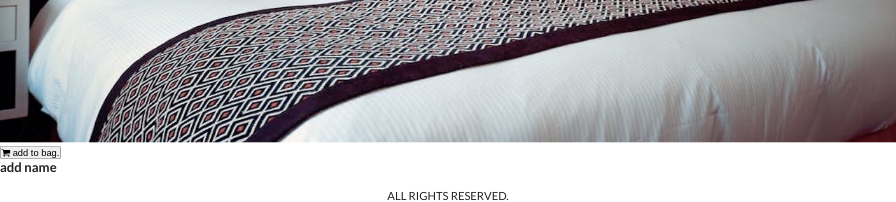
Repository: CHIR4G7/PEC-D
Page: public/index.html
These files come from the project's save history. The page is drawn as it stood at one moment and after the next save; the edit follows.
The browser window is 1280 px wide. The pictures show the part of the page from y = 605 to 2525 px (the page is 894 px tall before and 3192 px after), at 70% of full size.

Above is the page before, as saved 2023-07-08 01:01:10.

### public/index.html
<!DOCTYPE html>
<html lang="en">

<head>
    <meta charset="UTF-8">
    <meta http-equiv="X-UA-Compatible" content="IE=edge">
    <meta name="viewport" content="width=device-width, initial-scale=1.0">
    <title>PEC-D</title>
    <link rel="stylesheet" href="https://cdnjs.cloudflare.com/ajax/libs/font-awesome/4.7.0/css/font-awesome.min.css">
    <link rel="stylesheet" href="css/style.css">
</head>

<body>
    <!-- navabr -->
    <nav class="navbar">
        <div class="navbar-center">
            <span class="nav-icon">
                <i class="fa fa-bars"></i>
            </span>
            <!-- <img src="/images/logo.svg" alt="logo" class="sr"> -->
            <h3 class="logo-name">PEC-D</h3>
            <div class="cart-btn">
                <span class="nav-icon">
                    <i class="fa fa-cart-plus"></i>
                </span>
                <div class="cart-items">0</div>
            </div>
        </div>
    </nav>
    <!-- end of navbar -->

    <!-- hero -->
    <!-- <header class="hero">
        <div class="banner">
            <h1 class="banner-title">FURNITURE COLLECTION</h1>
            <button class="banner-btn">SHOW NOW</button>
        </div>
    </header> -->
    <!-- end of hero -->

    <!-- products -->
    <div class="products">
         <div class="section-title">
            <h2>OUR PRODUCTS</h2>
        </div>
        <div class="body1">
            <div class="content">
                <ul class="content-inner">
                    <li class="card">
                        <article class="product">
                            <div class="img-container">
                                <img src="/images/product-1.jpeg" alt="product" class="product-img">
                                <button class="bag-btn" data-id="1">
                                    <i class="fa fa-shopping-cart"></i>
                                    add to bag.
                                </button>
                            </div>
                            <h3>add name</h3>

                        </article>
                    </li>
                </ul>
            </div>
        </div>
        <div class="products-center">
            <!-- single product -->

            <!-- PRODCUT DETIALS -->
            <!-- <article class="product">
                <div class="img-container">
                    <img src="/images/product-1.jpeg" alt="product" class="product-img">
                    <button class="bag-btn" data-id="1">
                        <i class="fa fa-shopping-cart"></i>
                        add to bag.
                    </button>
                </div>
                <h3>add name</h3>

            </article> -->
            <!-- THIS IS END OF PRODUCT DETIALS -->

            <!-- PRODCUT DETIALS -->
            <!-- <article class="product">
                <div class="img-container">
                    <img src="/images/product-8.jpeg" alt="product" class="product-img">
                    <button class="bag-btn" data-id="1">
                        <i class="fa fa-shopping-cart"></i>
                        add to bag.
                    </button>
                </div>
                <h3>TABLE</h3>
                <h4>$11.99</h4>
            </article> -->
            <!-- THIS IS END OF PRODUCT DETIALS -->

            <!-- PRODCUT DETIALS -->
            <!-- <article class="product">
                <div class="img-container">
                    <img src="/images/product-7.jpeg" alt="product" class="product-img">
                    <button class="bag-btn" data-id="1">
                        <i class="fa fa-shopping-cart"></i>
                        add to bag.
                    </button>
                </div>
                <h3>COUCH</h3>
                <h4>$42.99</h4>
            </article> -->
            <!-- THIS IS END OF PRODUCT DETIALS -->

            <!-- PRODCUT DETIALS -->
            <!-- <article class="product">
                <div class="img-container">
                    <img src="/images/product-2.jpeg" alt="product" class="product-img">
                    <button class="bag-btn" data-id="1">
                        <i class="fa fa-shopping-cart"></i>
                        add to bag.
                    </button>
                </div>
                <h3>KING PANEL BED</h3>
                <h4>$12.99</h4>
            </article> -->
            <!-- THIS IS END OF PRODUCT DETIALS -->

            <!-- PRODCUT DETIALS -->
            <!-- <article class="product">
                <div class="img-container">
                    <img src="/images/product-5.jpeg" alt="product" class="product-img">
                    <button class="bag-btn" data-id="1">
                        <i class="fa fa-shopping-cart"></i>
                        add to bag.
                    </button>
                </div>
                <h3>FRIDGE</h3>
                <h4>$34.99</h4>
            </article> -->
            <!-- THIS IS END OF PRODUCT DETIALS -->

            <!-- PRODCUT DETIALS -->
            <!-- <article class="product">
                <div class="img-container">
                    <img src="/images/product-6.jpeg" alt="product" class="product-img">
                    <button class="bag-btn" data-id="1">
                        <i class="fa fa-shopping-cart"></i>
                        add to bag.
                    </button>
                </div>
                <h3>DRESSER</h3>
                <h4>$22.99</h4>
            </article> -->
            <!-- THIS IS END OF PRODUCT DETIALS -->

            <!-- PRODCUT DETIALS -->
            <!-- <article class="product">
                <div class="img-container">
                    <img src="/images/product-3.jpeg" alt="product" class="product-img">
                    <button class="bag-btn" data-id="1">
                        <i class="fa fa-shopping-cart"></i>
                        add to bag.
                    </button>
                </div>
                <h3>TWIN PANEL BED</h3>
                <h4>$17.99</h4>
            </article> -->
            <!-- THIS IS END OF PRODUCT DETIALS -->

            <!-- PRODCUT DETIALS -->
            <!-- <article class="product">
                <div class="img-container">
                    <img src="/images/product-4.jpeg" alt="product" class="product-img">
                    <button class="bag-btn" data-id="1">
                        <i class="fa fa-shopping-cart"></i>
                        add to bag.
                    </button>
                </div>
                <h3>SINGLE PANEL BED</h3>
                <h4>$23.99</h4>
            </article> -->
            <!-- THIS IS END OF PRODUCT DETIALS -->
        </div>
    </div>
    <!-- end of products -->




    <!-- CART BEGINS -->
    <div class="cart-overlay">
        <div class="cart">
            <span class="close-cart">
                <i class="fa fa-window-close"></i>
            </span>
            <h2>YOUR CART</h2>
            <div class="cart-content">
                <!-- cart item -->
                <div class="cart-item">
                    <!-- <img src="/images/product-1.jpeg" alt="product">
                    <div>
                        <h4>QUEEN BED</h4>
                        <h5>$9.00</h5>
                        <span class="remove-item">Remove</span>
                    </div>
                    <div>
                        <i class="fa fa-chevron-up"></i>
                        <p class="item-amount">0</p>
                        <i class="fa fa-chevron-down"></i>
                    </div> -->
                </div>
                <!-- end of cart item -->

            </div>

            <div class="cart-footer">
                <h3>YOUR TOTAL : $ <span class="cart-total"></span></h3>
                <button class="clear-cart banner-btn">CLEAR CART</button>
            </div>

        </div>
    </div>
    <!-- CART ENDS -->
    <!-- FOOOTER -->
    <div class="footer">
        ALL RIGHTS RESERVED.
    </div>
    <!-- END OF THE FOOTER -->

    <!-- <script src="src/script.js"></script> -->
</body>

</html>

### public/css/style.css
@import url("https://fonts.googleapis.com/css?family=Lato:400,700");


/* creating variables */
:root {
    --primaryColor: #f09d51;
    --mainWhite: #fff;
    --mainBlack: #222;
    --mainGrey: #ececec;
    --mainSpacing: 0.1rem;
    --mainTransition: all 0.3s linear;
}

/* resetting elements */
* {
    margin: 0;
    padding: 0;
    box-sizing: border-box;
}


body {
    color: var(--mainBlack);
    background: var(--mainWhite);
    font-family: "Lato", sans-serif;
}


/* navbar */
.navbar {
    position: sticky;
    top: 0;
    height: 60px;
    width: 100%;
    display: flex;
    align-items: center;
    background: #f2e6ff;
    z-index: 1;
}

.logo-name
{
    color: black;
}

.navbar-center {
    width: 100%;
    max-width: 1170px;
    margin: 0 auto;
    display: flex;
    align-items: center;
    justify-content: space-between;
    padding: 0 1.5rem;
}

.nav-icon {
    font-size: 1.5rem;
}

.cart-btn {
    position: relative;
    cursor: pointer;
}

.cart-items {
    position: absolute;
    top: -8px;
    right: -8px;
    background: var(--primaryColor);
    padding: 0 5px;
    border-radius: 30%;
    color: var(--mainWhite);
}

/* hero */
.hero {
    min-height: calc(100vh - 60px);
    background: url("./images/bg-3.jpg") center/cover no-repeat;
    display: flex;
    align-items: center;
    justify-content: center;
  }
  .banner {
    text-align: center;
    background: #f2e6ff;
    display: inline-block;
    padding: 2rem;
  }
  .banner-title {
    font-size: 3.4rem;
    text-transform: uppercase;
    letter-spacing: var(--mainSpacing);
    margin-bottom: 3rem;
  }
  .banner-btn {
    padding: 1rem 3rem;
    text-transform: uppercase;
    letter-spacing: var(--mainSpacing);
    font-size: 1rem;
    background: #9999FF;
    color: var(--mainBlack);
    border: 1px solid var(--primaryColor);
    transition: var(--mainTransition);
    cursor: pointer;
  }
  .banner-btn:hover {
    background: transparent;
    color: var(--primaryColor);
  }


  /* products */
  /* .products {
    padding: 4rem 0;
    border: 2px solid red;
  }
  .section-title h2 {
    text-align: center;
    font-size: 2.5rem;
    margin-bottom: 5rem;
    text-transform: capitalize;
    letter-spacing: var(--mainSpacing);
  }
  .products-center {
    width: 90vw;
    margin: 0 auto;
    max-width: 1170px;
    display: grid;
    grid-template-columns: repeat(auto-fit, minmax(260px, 1fr));
    grid-column-gap: 1.5rem;
    grid-row-gap: 2rem;
  }
  .img-container {
    position: relative;
    overflow: hidden;
  }
  .bag-btn {
    position: absolute;
    top: 70%;
    right: 0;
    background: var(--primaryColor);
    border: none;
    text-transform: uppercase;
    padding: 0.5rem 0.75rem;
    letter-spacing: var(--mainSpacing);
    font-weight: bold;
    transition: var(--mainTransition);
    transform: translateX(101%);
    cursor: pointer;
  }
  .bag-btn:hover {
    color: var(--mainWhite);
  }
  .fa-shopping-cart {
    margin-right: 0.5rem;
  }
  .img-container:hover .bag-btn {
    transform: translateX(0);
  }
  .product-img {
    display: block;
    width: 100%;
    min-height: 12rem;
    transition: var(--mainTransition);
  }
  .img-container:hover .product-img {
    opacity: 0.5;
  }

  .product
  {
    border: 2px solid blue;
  }

  .product h3 {
    text-transform: capitalize;
    font-size: 1.1rem;
    margin-top: 1rem;
    letter-spacing: var(--mainSpacing);
    text-align: center;
  }

  .product h4 {
    margin-top: 0.7rem;
    letter-spacing: var(--mainSpacing);
    color: var(--primaryColor);
    text-align: center;
  }
   */

  /* cart */
  .cart-overlay {
    position: fixed;
    top: 0;
    right: 0;
    width: 100%;
    height: 100%;
    transition: var(--mainTransition);
    background: rgb(240, 157, 81, 0.5);
    z-index: 2;
    visibility: hidden;
  }
  .cart {
    position: fixed;
    top: 0;
    right: 0;
    width: 100%;
    height: 100%;
    overflow: scroll;
    z-index: 3;
    background: rgb(231, 226, 221);
    padding: 1.5rem;
    transition: var(--mainTransition);
    transform: translateX(100%);
  }
  .showCart {
    transform: translateX(0);
  }
  .transparentBcg {
    visibility: visible;
  }
  @media screen and (min-width: 768px) {
    .cart {
      width: 30vw;
      min-width: 450px;
    }
  }

  .close-cart {
    font-size: 1.7rem;
    cursor: pointer;
  }
  .cart h2 {
    text-transform: capitalize;
    text-align: center;
    letter-spacing: var(--mainSpacing);
    margin-bottom: 2rem;
  }
  /*---------- Cart Item -------------------- */
  .cart-item {
    display: grid;
    align-items: center;
    grid-template-columns: auto 1fr auto;
    grid-column-gap: 1.5rem;
    margin: 1.5rem 0;
  }
  .cart-item img {
    width: 75px;
    height: 75px;
  }
  .cart-item h4 {
    font-size: 0.85rem;
    text-transform: capitalize;
    letter-spacing: var(--mainSpacing);
  }
  .cart-item h5 {
    margin: 0.5rem 0;
    letter-spacing: var(--mainSpacing);
  }
  .item-amount {
    text-align: center;
  }
  .remove-item {
    color: black;
    cursor: pointer;
  }
  .fa-chevron-up,
  .fa-chevron-down {
    color: var(--primaryColor);
    cursor: pointer;
  }
  /*---------- End of Cart Item -------------------- */

  .cart-footer {
    margin-top: 2rem;
    letter-spacing: var(--mainSpacing);
    text-align: center;
  }
  .cart-footer h3 {
    text-transform: capitalize;
    margin-bottom: 1rem;
  }


  /* FOOTER */
  .footer
  {
    position: relative;
    text-align: center;
    top: 20px;
  }

After the next save:
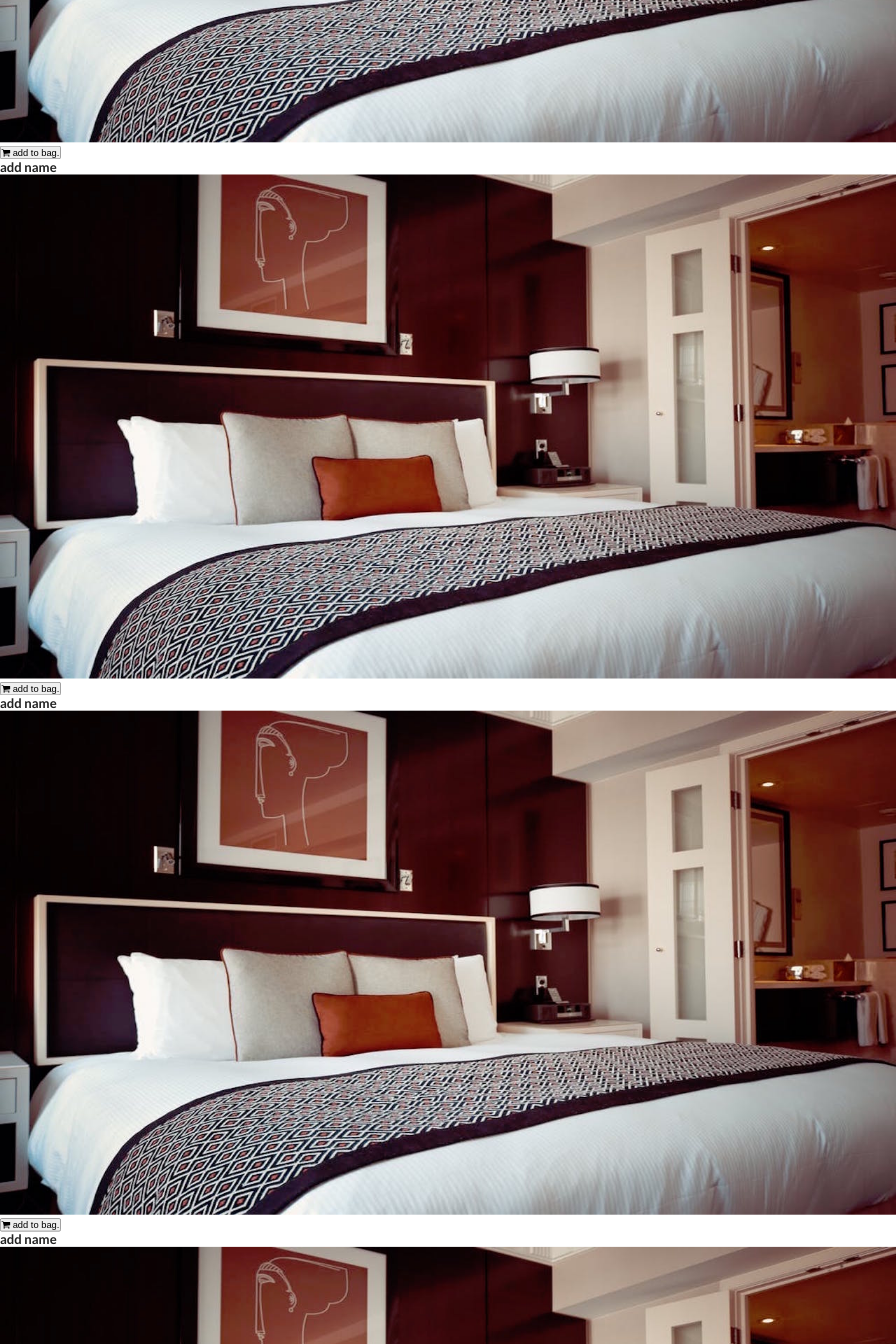
Saved 24 s later.
--- a/public/index.html
+++ b/public/index.html
@@ -46,6 +46,45 @@
         <div class="body1">
             <div class="content">
                 <ul class="content-inner">
+                    <li class="card">
+                        <article class="product">
+                            <div class="img-container">
+                                <img src="/images/product-1.jpeg" alt="product" class="product-img">
+                                <button class="bag-btn" data-id="1">
+                                    <i class="fa fa-shopping-cart"></i>
+                                    add to bag.
+                                </button>
+                            </div>
+                            <h3>add name</h3>
+
+                        </article>
+                    </li>
+                    <li class="card">
+                        <article class="product">
+                            <div class="img-container">
+                                <img src="/images/product-1.jpeg" alt="product" class="product-img">
+                                <button class="bag-btn" data-id="1">
+                                    <i class="fa fa-shopping-cart"></i>
+                                    add to bag.
+                                </button>
+                            </div>
+                            <h3>add name</h3>
+
+                        </article>
+                    </li>
+                    <li class="card">
+                        <article class="product">
+                            <div class="img-container">
+                                <img src="/images/product-1.jpeg" alt="product" class="product-img">
+                                <button class="bag-btn" data-id="1">
+                                    <i class="fa fa-shopping-cart"></i>
+                                    add to bag.
+                                </button>
+                            </div>
+                            <h3>add name</h3>
+
+                        </article>
+                    </li>
                     <li class="card">
                         <article class="product">
                             <div class="img-container">
